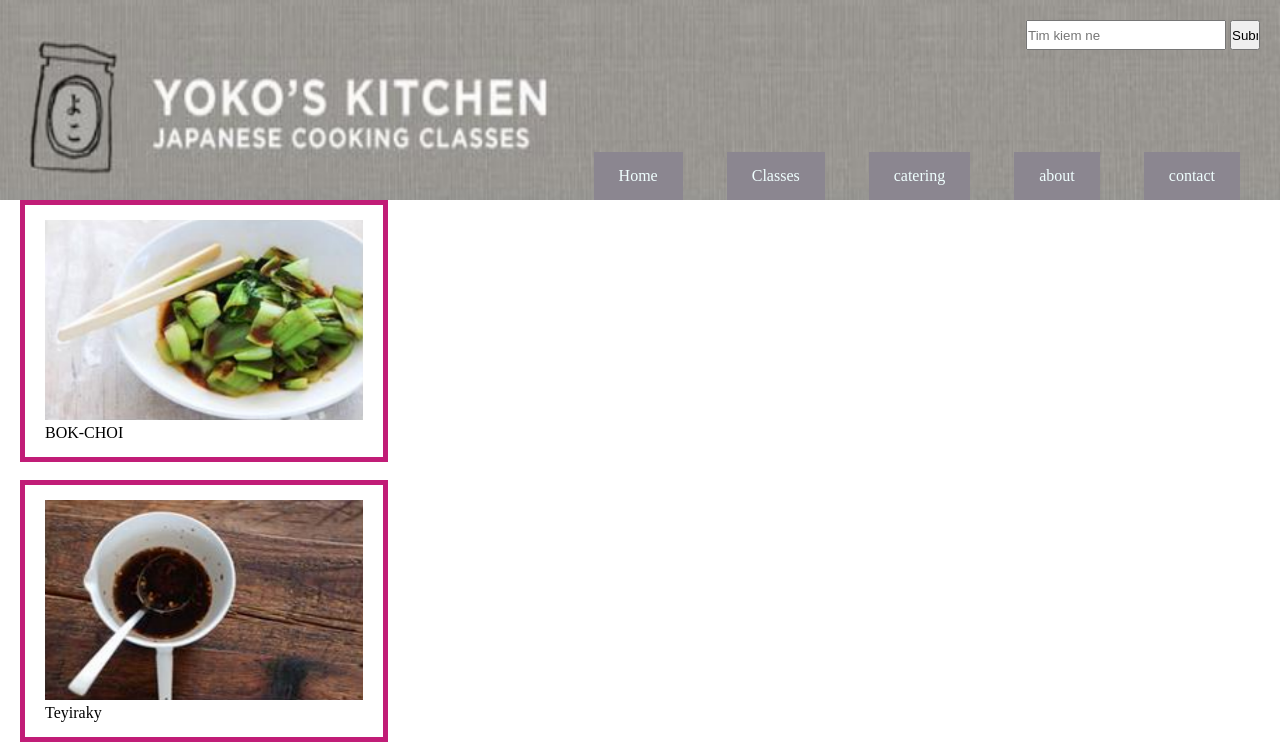
Repository: huy352002/20012931-Tr-n-Quang-Huy
Page: bt2.html
An editor plug-in stored every save of this project. The page is shown before and after the next save, followed by the edit.
The browser window is 1280 px wide. The pictures show the whole page.

Above is the page before, as saved 2022-09-30 10:10:19.

After the next save:
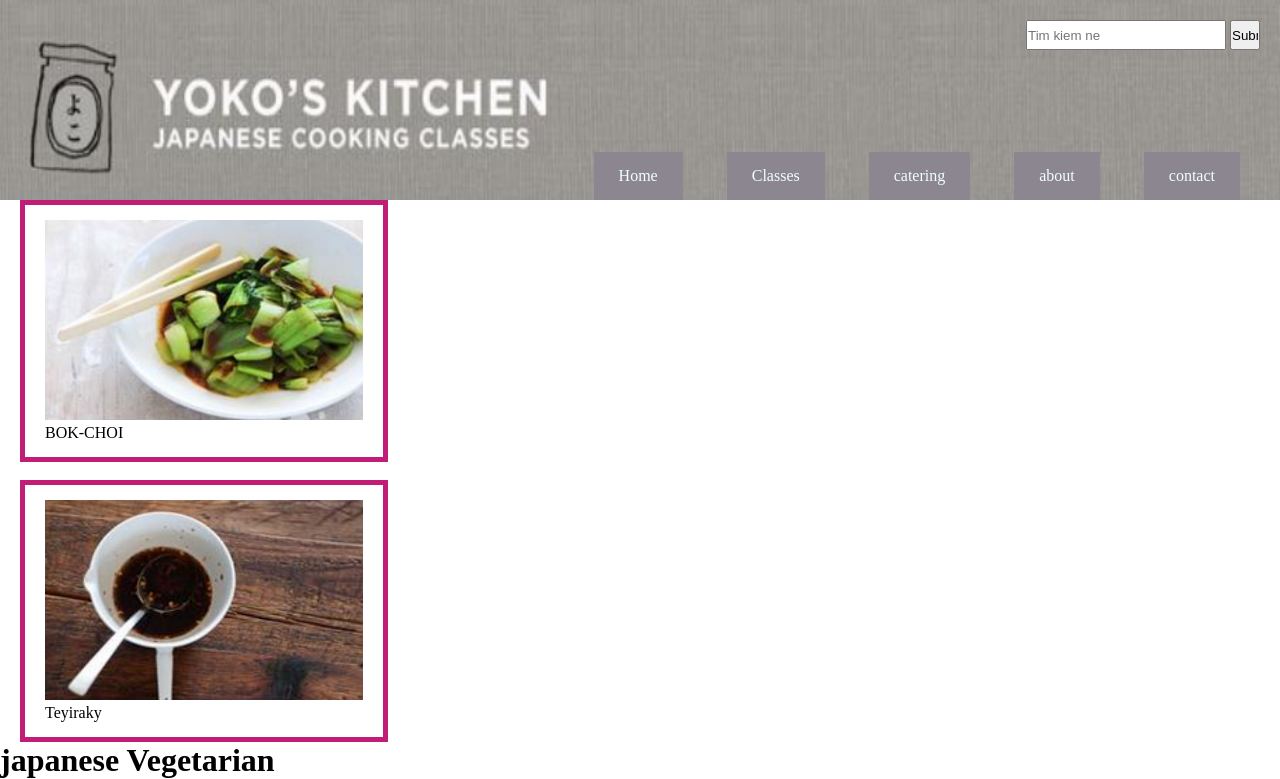
Saved 91 s later.
--- a/bt2.html
+++ b/bt2.html
@@ -41,12 +41,16 @@
                 <div class="img_boder">
                     <img class="img" src="/img2.png" alt="">
                     <p>Teyiraky</p>
-
                 </div>
             </div>
 
 
-            <div class="sub2"></div>
+            <div class="sub2">
+                <div class="H">
+                    <H1>japanese Vegetarian</H1>
+
+                </div>
+            </div>
         </div>
 
 
